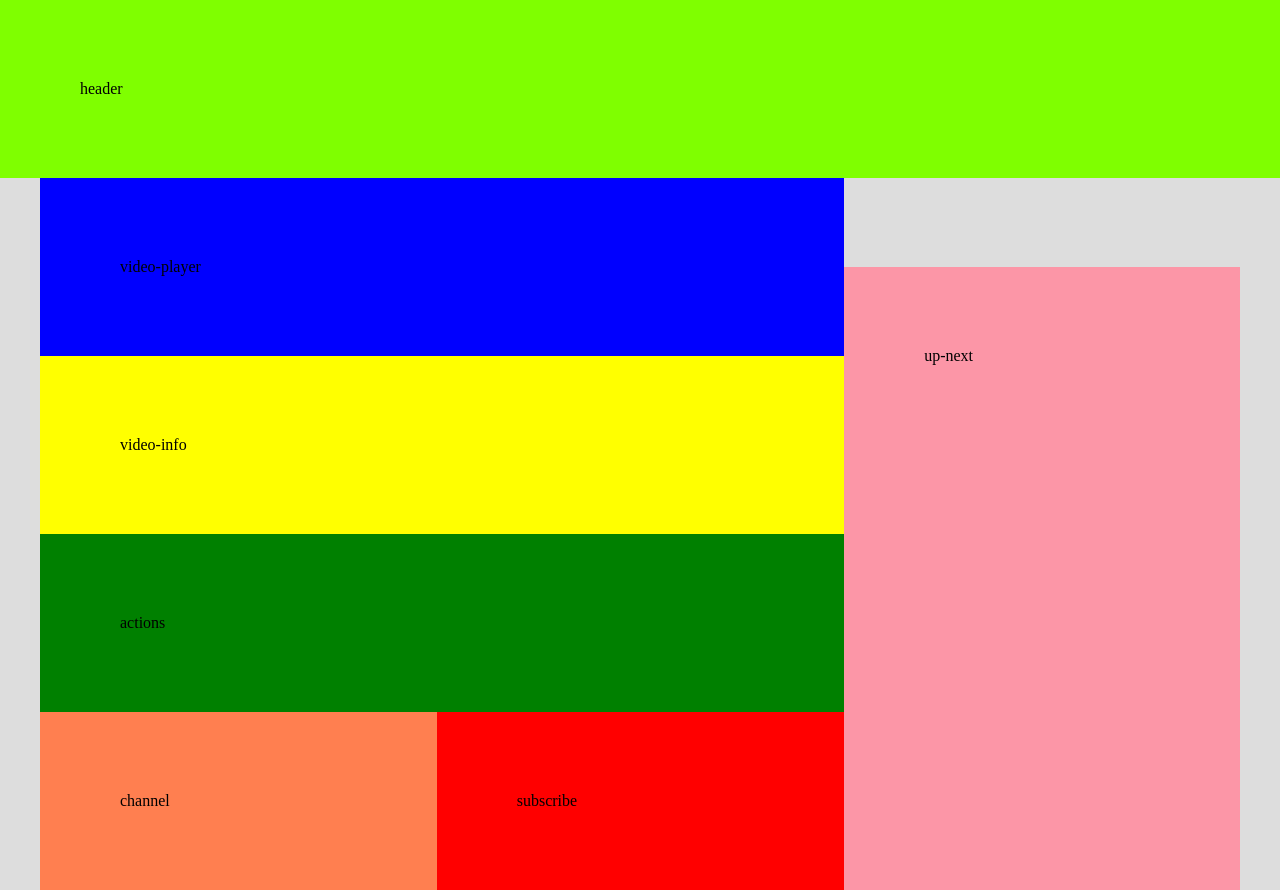
Repository: rafavirginio/clone-do-youtube
Page: index.html
The author's editor kept a copy of each file at every save. The page is drawn from the files as they stood at one save, then again after the next save.
The browser window is 1280 px wide. The pictures show the whole page.

Above is the page before, as saved 2020-09-28 19:30:28.

### index.html
<!DOCTYPE html>
<html lang="pt">

<head>
    <meta charset="UTF-8">
    <meta name="viewport" content="width=device-width, initial-scale=1.0">
    <title>Youtube</title>
    <link rel="stylesheet" href="style.css">
</head>

<body>
    <header>header</header>
    <main>
        <section class="video-player">video-player</section>
        <section class="video-info">video-info</section>
        <section class="actions">actions</section>
        <section class="channel">channel</section>
        <section class="subscribe">subscribe</section>
        <section class="ad">ad</section>
        <section class="up-next">up-next</section>
    </main>


</body>

</html>

### style.css
/* Reset CSS */

* {
    margin: 0;
    padding: 0;
    box-sizing: border-box;
}

body {
    background-color: #ddd;
}

header {
    background-color: chartreuse;
}

header,
section {
    padding: 5rem;
}

main {
    margin: auto;
    display: grid;
    /* grid-gap: 1rem; */
    grid-template-areas: "video-player video-player" "video-info video-info" "actions actions" "channel subscribe" "up-next up-next";
}

.video-player {
    background-color: blue;
    grid-area: video-player;
}

.video-info {
    background-color: yellow;
    grid-area: video-info;
}

.actions {
    background-color: green;
    grid-area: actions;
}

.channel {
    background-color: coral;
    grid-area: channel;
}

.subscribe {
    background-color: red;
    grid-area: subscribe;
}

.ad {
    background-color: black;
    grid-area: ad;
    display: none;
}

.up-next {
    background-color: rgb(252, 150, 167);
    grid-area: up-next;
}

@media screen and(max-width: 700px) {
    .ad {
        display: none;
    }
}

@media screen and (min-width: 700px) {
    main {
        max-width: 1200px;
        grid-template-areas: "video-player video-player ad" "video-player video-player up-next" "video-info   video-info   up-next" "actions      actions      up-next" "channel      subscribe    up-next";
    }
}

After the next save:
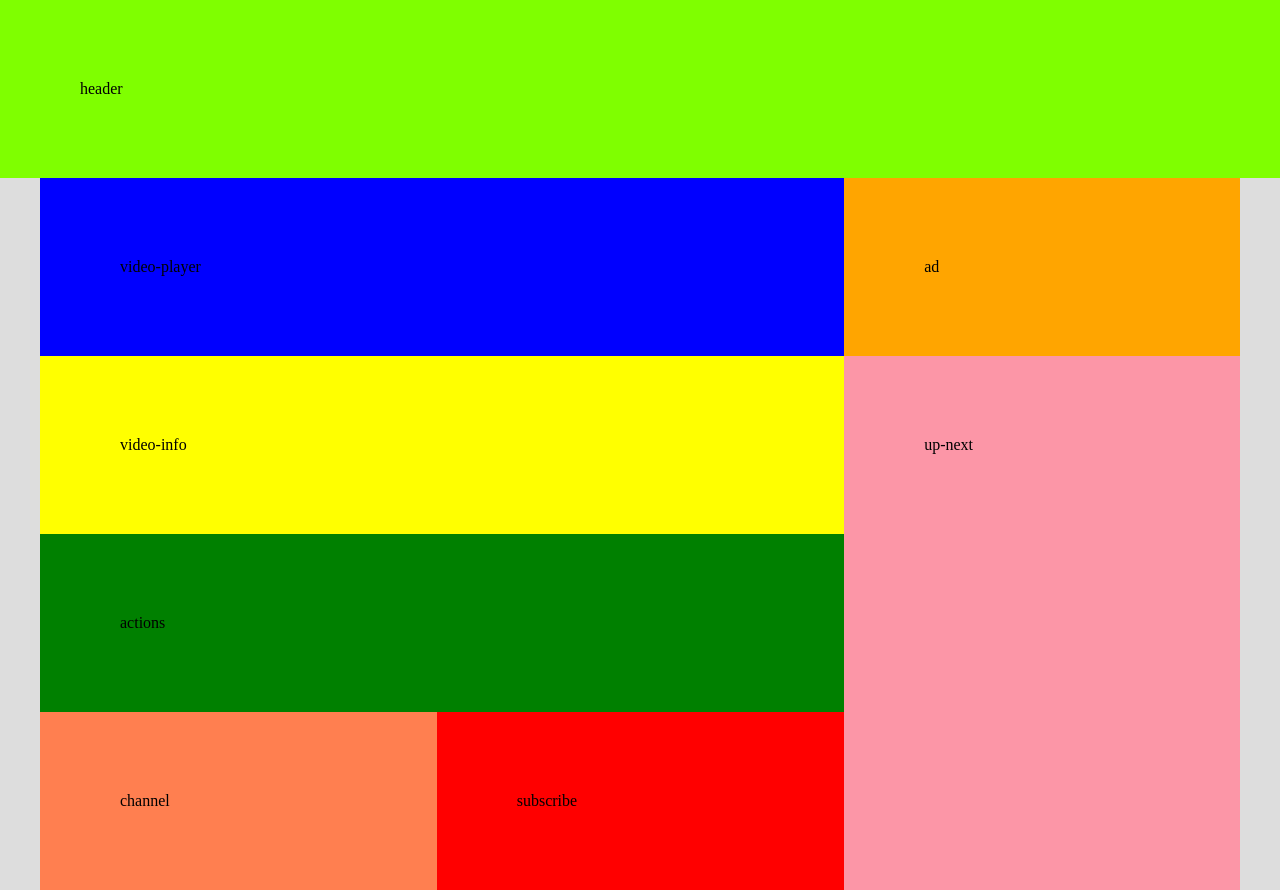
Saved 99 s later.
--- a/style.css
+++ b/style.css
@@ -52,9 +52,8 @@
 }
 
 .ad {
-    background-color: black;
+    background-color: orange;
     grid-area: ad;
-    display: none;
 }
 
 .up-next {
